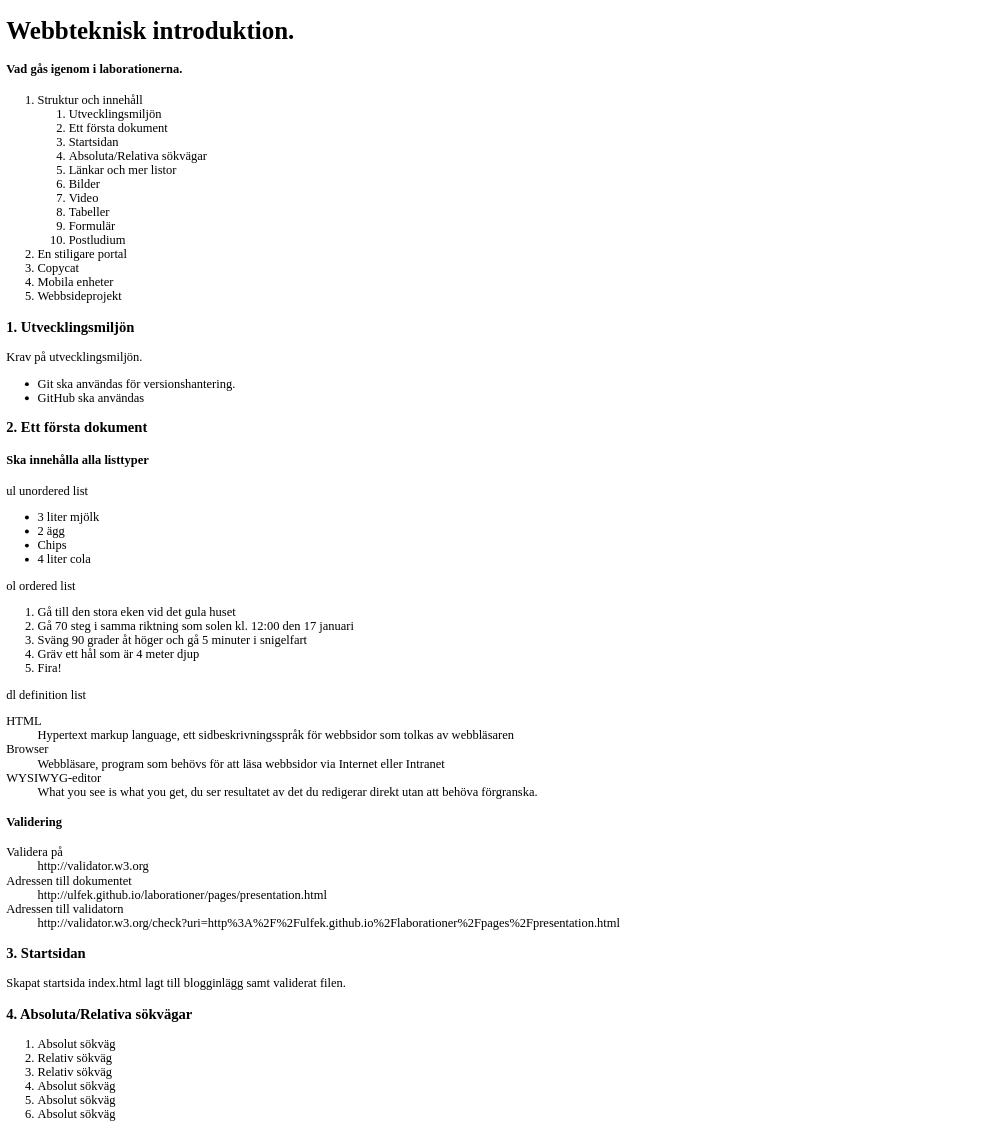
Repository: ulfek/laborationer
Page: pages/presentation.html
The author's editor kept a record of every edit. The page is drawn from the files as they stood at one moment, then again after the next edit.
The browser window is 1280 px wide. The pictures show the whole page, at 78% of full size.

Above is the page before.

### pages/presentation.html
<!doctype html>
<html lang="sv">
    <head>
    <meta charset="utf-8" />
    <title>Presentation</title>
    <body>
        <!-- Test av kommentar -->
        <h1>Webbteknisk introduktion.</h1>
        <h4>Vad gås igenom i laborationerna.</h4>
        <ol>
            <li>Struktur och innehåll
                <ol>
                    <li>Utvecklingsmiljön</li>
                    <li>Ett första dokument</li>
                    <li>Startsidan</li>
                    <li>Absoluta/Relativa sökvägar</li>
                    <li>Länkar och mer listor</li>
                    <li>Bilder</li>
                    <li>Video</li>
                    <li>Tabeller</li>
                    <li>Formulär</li>
                    <li>Postludium</li>
                </ol>
            </li>

            <li>En stiligare portal</li>
            <li>Copycat</li>
            <li>Mobila enheter</li>
            <li>Webbsideprojekt</li>
        </ol>
        <h3>1. Utvecklingsmiljön</h3>
        Krav på utvecklingsmiljön.
            <ul>
                <li>Git ska användas för versionshantering.</li>
                <li>GitHub ska användas</li>
            </ul>

        <h3>2. Ett första dokument</h3>
        <h4>Ska innehålla alla listtyper</h4>
                ul unordered list
                         <ul>
                             <li>3 liter mjölk</li>
                             <li>2 ägg</li>
                             <li>Chips</li>
                             <li>4 liter cola</li>
                         </ul>
                ol ordered list
                         <ol>
                             <li>Gå till den stora eken vid det gula huset</li>
                             <li>Gå 70 steg i samma riktning som solen kl. 12:00 den 17 januari</li>
                             <li>Sväng 90 grader åt höger och gå 5 minuter i snigelfart</li>
                             <li>Gräv ett hål som är 4 meter djup</li>
                             <li>Fira!</li>
                         </ol>
                dl definition list
                <dl>
                        <dt>HTML</dt>
                            <dd>Hypertext markup language, ett sidbeskrivningsspråk för webbsidor som tolkas av webbläsaren</dd>
                        <dt>Browser</dt>
                            <dd>Webbläsare, program som behövs för att läsa webbsidor via Internet eller Intranet</dd>
                        <dt>WYSIWYG-editor</dt>
                            <dd>What you see is what you get, du ser resultatet av det du redigerar direkt utan att behöva förgranska.</dd>
                </dl>
        <h4>Validering</h4>
        <dl>
            <dt>Validera på</dt><dd>http://validator.w3.org</dd>
            <dt>Adressen till dokumentet</dt><dd>http://ulfek.github.io/laborationer/pages/presentation.html</dd>
            <dt>Adressen till validatorn</dt><dd>http://validator.w3.org/check?uri=http%3A%2F%2Fulfek.github.io%2Flaborationer%2Fpages%2Fpresentation.html</dd>
        </dl>
        <h3>3. Startsidan</h3>Skapat startsida index.html lagt till blogginlägg samt validerat filen.
        <h3>4. Absoluta/Relativa sökvägar</h3>
        <ol>
            <li>Absolut sökväg</li>
            <li>Relativ sökväg</li>
            <li>Relativ sökväg</li>
            <li>Absolut sökväg</li>
            <li>Absolut sökväg</li>
            <li>Absolut sökväg</li>
        </ol>

</body>

</html>

After the next edit:
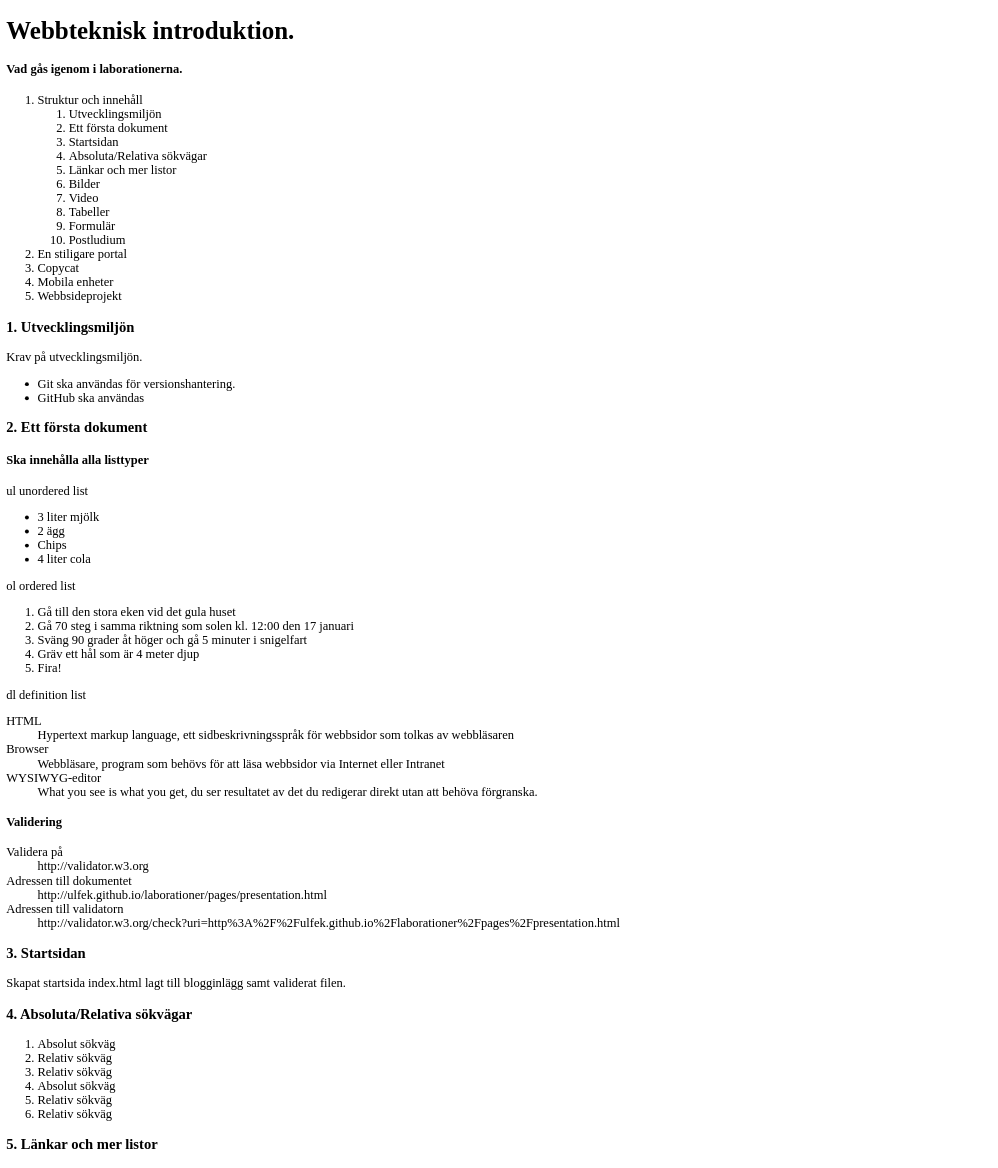
The edit:
--- a/pages/presentation.html
+++ b/pages/presentation.html
@@ -74,9 +74,11 @@
             <li>Relativ sökväg</li>
             <li>Relativ sökväg</li>
             <li>Absolut sökväg</li>
-            <li>Absolut sökväg</li>
-            <li>Absolut sökväg</li>
+            <li>Relativ sökväg</li>
+            <li>Relativ sökväg</li>
         </ol>
+        <h3>5. Länkar och mer listor</h3>
+
 
 </body>
 
